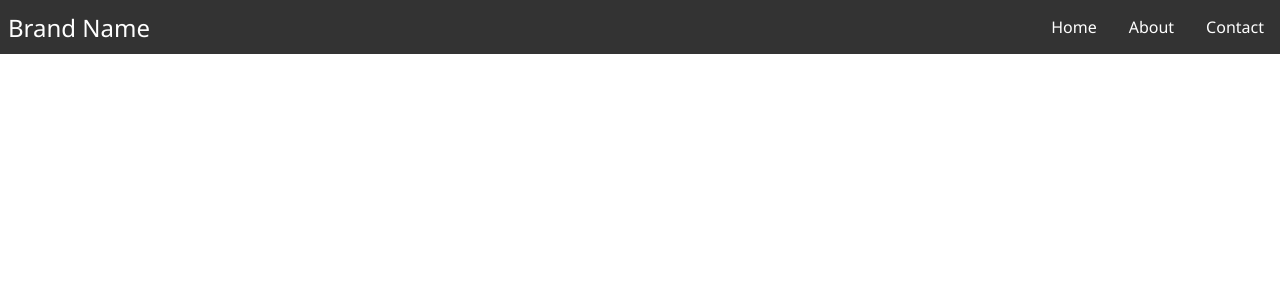
Repository: Jrap-bit/PeriodofSharing
Page: index.html
These files come from the project's save history. The page is drawn as it stood at one moment and after the next save; the edit follows.
The browser window is 1280 px wide. The pictures show the whole page.

Above is the page before, as saved 2022-01-11 09:28:48.

### index.html
<!DOCTYPE html>
<html lang="en">
<head>
    <meta charset="UTF-8">
    <meta http-equiv="X-UA-Compatible" content="IE=edge">
    <meta name="viewport" content="width=device-width, initial-scale=1.0">
    <link rel='stylesheet' href = 'style.css'>
    <title>Women</title>
</head>
<body>
    <nav class="navbar">
        <div class="brand-title">
            Brand Name
        </div>
        <a href="#" class="toggle-button">
            <span class="bar"></span>
            <span class="bar"></span>
            <span class="bar"></span>
        </a>
        <div class="navbar-links">
            <ul>
                <li><a href="#Home">Home</a></li>
                <li><a href="#About">About</a></li>
                <li><a href="#Contact">Contact</a></li>
            </ul>
        </div>
    </nav>
</body>
</html>

### style.css
* {
    box-sizing: border-box;
    font-family: 'Segoe UI', Tahoma, Geneva, Verdana, sans-serif;
}

body {
    margin: 0;
    padding: 0;
}

html{
    scroll-behavior: smooth;
}

.navbar{
    display: flex;
    justify-content: space-between;
    align-items: center;
    background-color: #333;
    color: white;

}

.brand-title{
    font-size: 1.5rem;
    margin: .5rem;

}

.navbar-links ul{
    margin: 0;
    padding: 0;
    display: flex;
}

.navbar-links li {
    list-style: none;

}

.navbar-links li a{
    text-decoration: none;
    color: white;
    padding: 1rem;
    display: block;
}

.navbar-links li:hover{
    background-color: rgb(1, 54, 75);
}

.toggle-button {
    position: absolute;
    top: .75rem;
    right: 1rem;
    display: none;
    flex-direction: column;
    justify-content: space-between;
    width: 30px;
    height: 21px;
}

.toggle-button .bar{
    height: 3px;
    width: 100%;
    background-color: white;
    border-radius: 10px;
}

@media (max-width: 800px) {
    .toggle-button{
        display: flex;
    }
    .navbar-links{
        display: none;
        width: 100%;
    }

    .navbar{
        flex-direction: column;
        align-items: flex-start;
    }

    .navbar-links ul {
        flex-direction: column;
        width: 100%;

    }

    .navbar-links li{
        text-align: center;
    }

    .navbar-links li a{
        padding: 0.5rem 1rem;
    }

    .navbar-links.active{
        display: flex;
    }

    .toggle-button:hover{
        background-color: #666;
    }
}

After the next save:
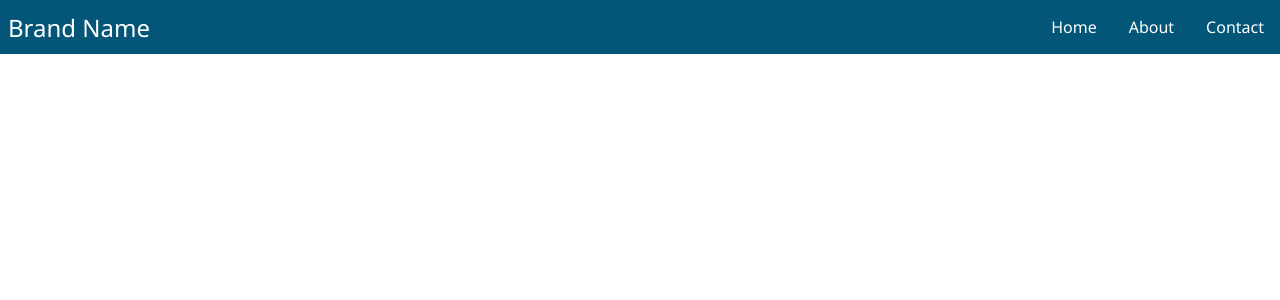
Saved 46 s later.
--- a/style.css
+++ b/style.css
@@ -16,7 +16,7 @@ html{
     display: flex;
     justify-content: space-between;
     align-items: center;
-    background-color: #333;
+    background-color: rgb(3, 86, 119);
     color: white;
 
 }
